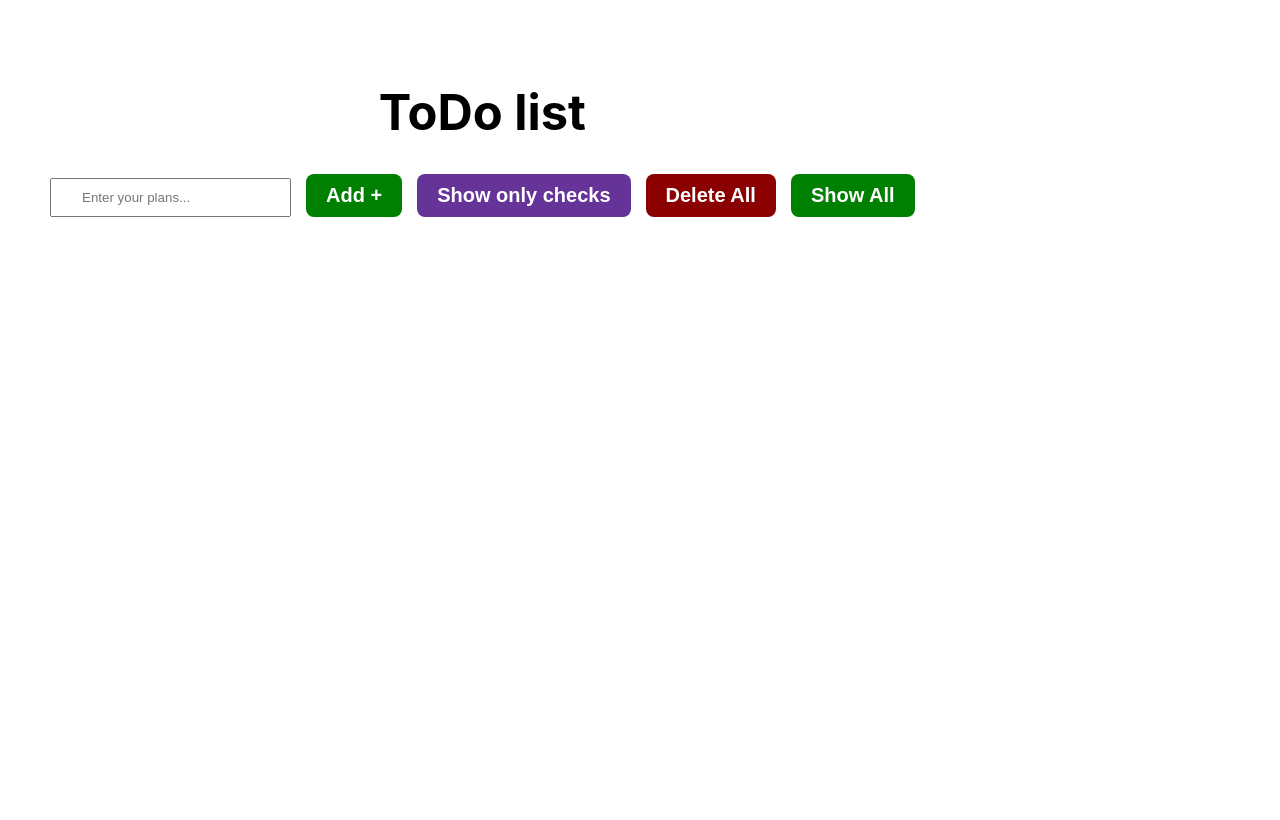
Repository: linamkyan/Tollkit-typescript-todo
Page: /
The author's editor kept a copy of each file at every save. The page is drawn from the files as they stood at one save, then again after the next save.
The browser window is 1280 px wide. The pictures show the whole page.
The project was rebuilt for these pictures with package versions that can differ from the ones it lists, and the page was loaded fresh each time.

Above is the page before, as saved 2022-11-15 13:59:53.

After the next save:
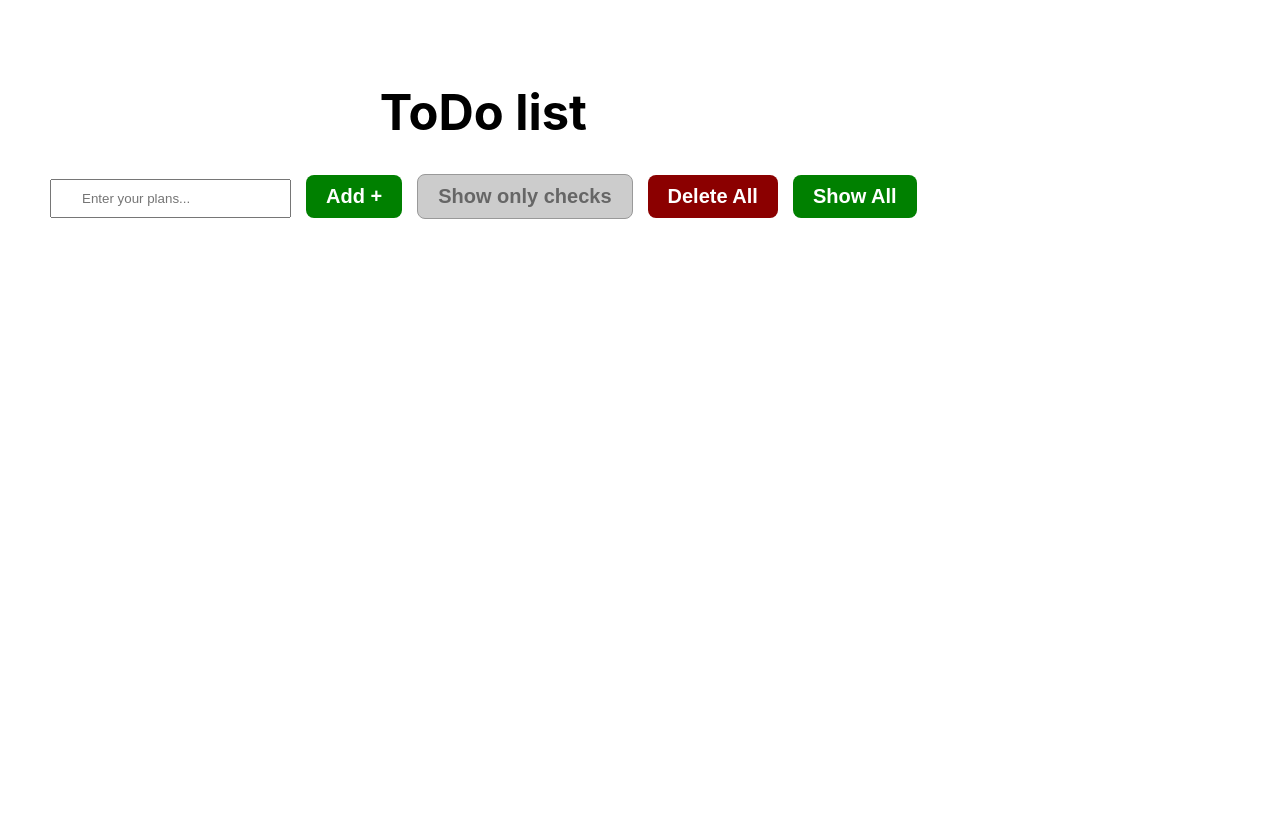
Saved 61 s later.
--- a/src/features/todo/Todo.module.css
+++ b/src/features/todo/Todo.module.css
@@ -25,3 +25,10 @@ button{
 .show_all{
     background-color: green;
 }
+
+button:disabled,
+button[disabled]{
+  border: 1px solid #999999;
+  background-color: #cccccc;
+  color: #666666;
+}
